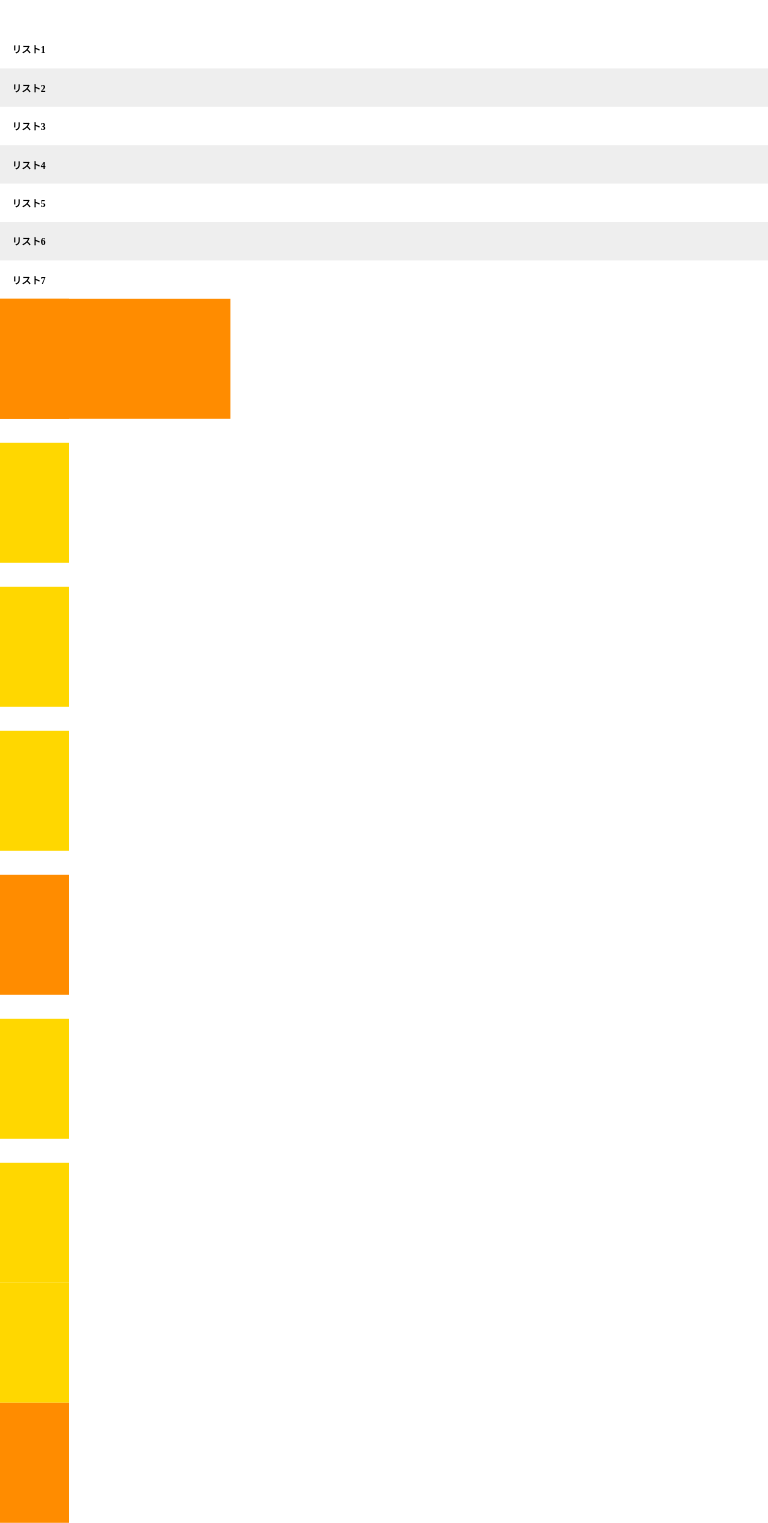
Repository: Tyubyasa/abc
Page: chapter8/chapter8.html
The author's editor kept a record of every edit. The page is drawn from the files as they stood at one moment, then again after the next edit.
The browser window is 1280 px wide. The pictures show the whole page, at 60% of full size.

Above is the page before.

After the next edit:
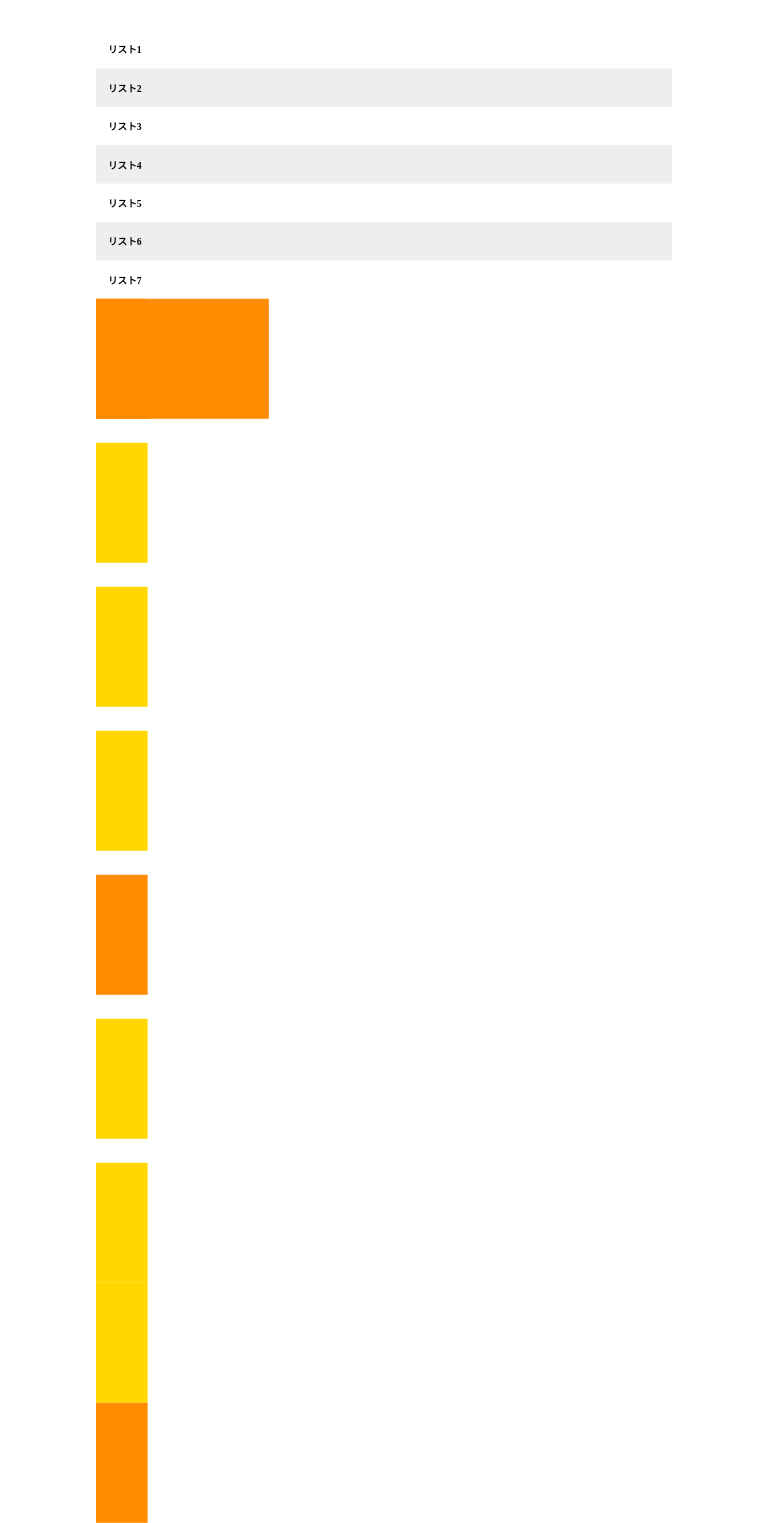
The edit:
--- a/chapter8/chapter8.html
+++ b/chapter8/chapter8.html
@@ -12,7 +12,10 @@
         font-size: 12px;
     }
 </style>
+<body>
 
+</body>
+<main>
 <section class="main">
     <h1 class="item-list">
       </h1>
